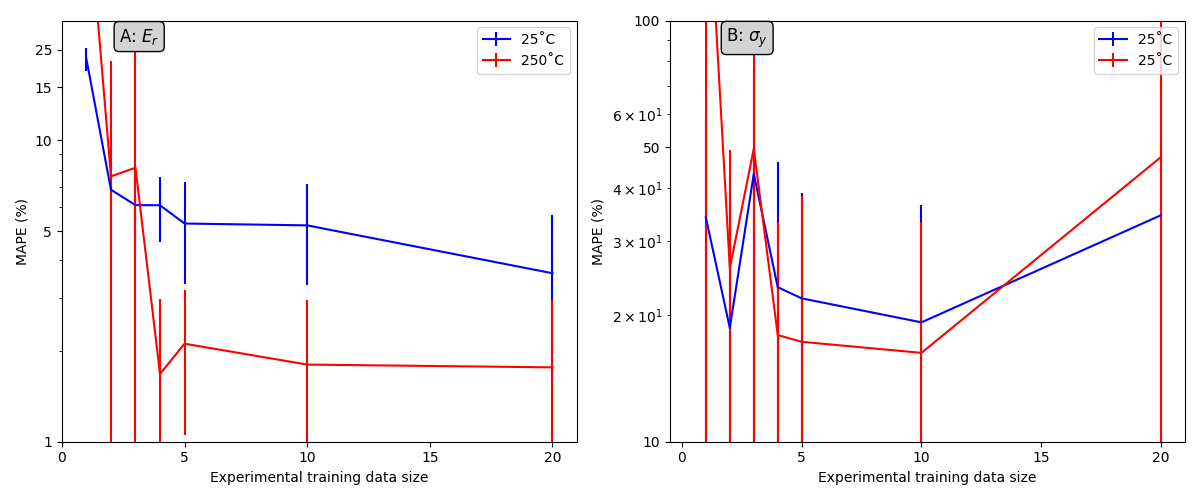
Repository: JoeSpencer1/temperature-dependant
Script's output: python src/figures.py
The author's editor kept a copy of each file at every save. The script's output is drawn from the files as they stood at one save, then again after the next save.
Random numbers start from a fixed seed.

Above is the script's output before, as saved 2023-10-29 11:42:41.

After the next save:
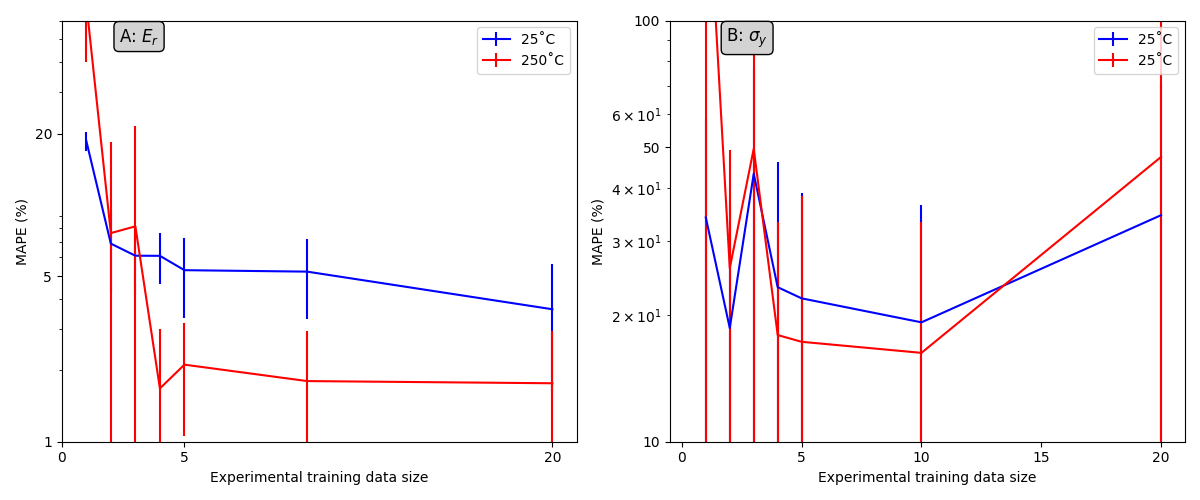
Saved 79 s later.
--- a/src/figures.py
+++ b/src/figures.py
@@ -18,11 +18,11 @@ fig, (ax1, ax2) = plt.subplots(1, 2, figsize=(12, 5))
 ax1.errorbar(n, Ti25E, yerr = εTi25E, color = 'blue', label = "25˚C")
 ax1.errorbar(n, Ti250E, yerr = εTi250E, color = 'red', label = "250˚C")
 ax1.set_yscale('log')
-ax1.set_ylim([1, 25])
+ax1.set_ylim([1, 60])
 ax1.set_xlim([0, 21])
-ax1.set_xticks([0, 5, 10, 15, 20])
-ax1.set_yticks([1, 5, 10, 15, 20])
-ax1.set_yticklabels([1, 5, 10, 15, 25])
+ax1.set_xticks([0, 5, 20])
+ax1.set_yticks([1, 5, 20])
+ax1.set_yticklabels([1, 5, 20])
 ax1.legend()
 ax1.set_ylabel("MAPE (%)")
 ax1.set_xlabel("Experimental training data size")
